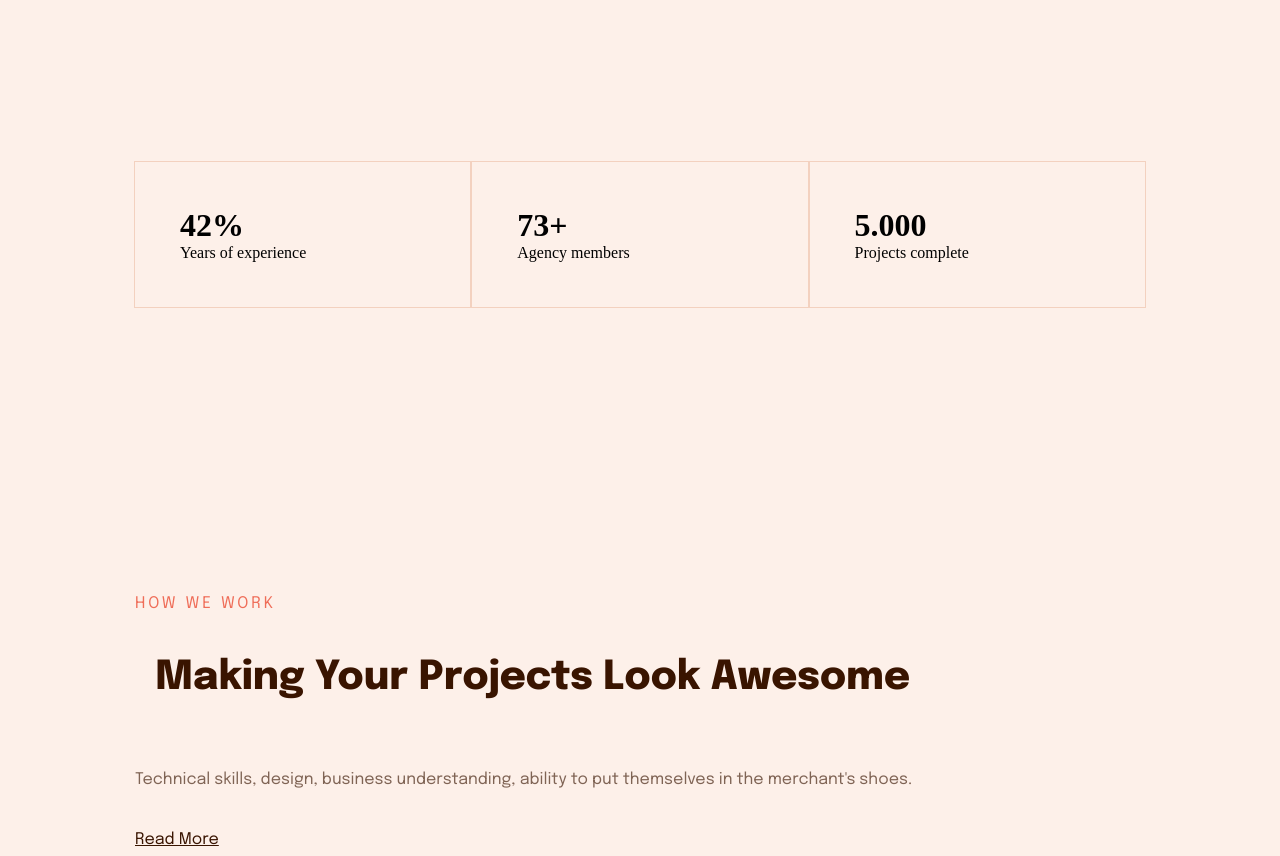
Repository: MehdiKerimov/Figma-task-7
Page: index.html
These files come from the project's save history. The page is drawn as it stood at one moment and after the next save; the edit follows.
The browser window is 1280 px wide. The pictures show the whole page.

Above is the page before, as saved 2023-08-30 12:06:11.

### index.html
<!DOCTYPE html>
<html lang="en">

<head>
    <meta charset="UTF-8">
    <meta name="viewport" content="width=device-width, initial-scale=1.0">
    <title>Document</title>
    <link rel="stylesheet" href="index.css">
</head>

<body>
    <div class="container">
        <div class="container-1">
            <ul>

                    <li>
                        <h1>42%</h1>
                        <p>Years of experience</p>
                    </li>


                    <li>
                        <h1>73+</h1>
                        <P>Agency members</P>
                    </li>


                    <li>
                        <h1>5.000</h1>
                        <p>Projects complete</p>
                    </li>

            </ul>
        </div>
        <div class="container-2">
            <h1>How we work</h1>
            <h2>Making Your Projects Look Awesome</h2>
            <p>Technical skills, design, business understanding, ability to put themselves in the merchant's shoes.</p>
            <a href="">Read More</a>
        </div>
    </div>


</body>

</html>

### index.css
@import url("https://fonts.googleapis.com/css2?family=Epilogue:wght@400;800&display=swap");
* {
  padding: 0;
  margin: 0;
  box-sizing: border-box;
}
.container {
    background: #FDF0E9;
}
.container-1 {
  /* display: flex; */
  padding: 161px 134px 140px 134px;
}

.container-1 .box-1 {
  width: 391px;
  height: 176px;
  border-radius: 6px 0px 0px 6px;
}
.container-1 ul {
 display: flex;
}
.container-1 ul li{
    list-style-type: none;
    width: 33.33%;
    border: 1px solid #f3d1bf;
    padding: 45px ;
}

.container-1 .box-1 li h1 {
  padding: 45px 0px 13px 48px;
  color: var(--text-dark, #391400);
  font-feature-settings: "clig" off, "liga" off;
  font-family: Epilogue;
  font-size: 40px;
  font-style: normal;
  font-weight: 800;
  line-height: 48px;
}
.container-1 .box-1 li p {
  margin-left: 48px;
  color: var(--text-dark, #391400);
  font-feature-settings: "clig" off, "liga" off;
  font-family: Epilogue;
  font-size: 20px;
  font-style: normal;
  font-weight: 400;
  line-height: 32px;
}
.container-1 .box-2 {
  width: 391px;
  height: 176px;
  border-radius: 6px 0px 0px 6px;
  border: 1px solid #f3d1bf;
}
.container-1 .box-2 li h1 {
  padding: 45px 0px 13px 48px;
  color: var(--text-dark, #391400);
  font-feature-settings: "clig" off, "liga" off;
  font-family: Epilogue;
  font-size: 40px;
  font-style: normal;
  font-weight: 800;
  line-height: 48px;
}
.container-1 .box-2 li p {
  margin-left: 48px;
  color: var(--text-dark, #391400);
  font-feature-settings: "clig" off, "liga" off;
  font-family: Epilogue;
  font-size: 20px;
  font-style: normal;
  font-weight: 400;
  line-height: 32px;
}
.container-1 .box-3 {
  width: 391px;
  height: 176px;
  border-radius: 6px 0px 0px 6px;
  border: 1px solid #f3d1bf;
}
.container-1 .box-3 li h1 {
  padding: 45px 0px 13px 48px;
  color: var(--text-dark, #391400);
  font-feature-settings: "clig" off, "liga" off;
  font-family: Epilogue;
  font-size: 40px;
  font-style: normal;
  font-weight: 800;
  line-height: 48px;
}
.container-1 .box-3 li p {
  margin-left: 48px;
  color: var(--text-dark, #391400);
  font-feature-settings: "clig" off, "liga" off;
  font-family: Epilogue;
  font-size: 20px;
  font-style: normal;
  font-weight: 400;
  line-height: 32px;
}

.container-2 h1 {
  padding: 140px 0px 17px 135px;
  color: var(--text-dark-accent, #ef6d58);
  font-feature-settings: "clig" off, "liga" off;
  font-family: Epilogue;
  font-size: 16px;
  font-style: normal;
  font-weight: 400;
  line-height: 32px;
  letter-spacing: 3px;
  text-transform: uppercase;
}
.container-2 h2 {
  padding: 17px 152px 31px 155px;
  color: var(--text-dark, #391400);
  font-feature-settings: "clig" off, "liga" off;
  font-family: Epilogue;
  font-size: 40px;
  font-style: normal;
  font-weight: 800;
  line-height: 48px;
}
.container-2 p {
  padding: 31px 130px 28px 135px;
  color: var(--text-dark-gray, rgba(57, 20, 0, 0.64));
  font-feature-settings: "clig" off, "liga" off;
  font-family: Epilogue;
  font-size: 16px;
  font-style: normal;
  font-weight: 400;
  line-height: 32px;
}
.container-2 a {
  padding: 28px 0px 0px 135px;
  color: var(--text-dark, #391400);
  font-feature-settings: "clig" off, "liga" off;
  font-family: Epilogue;
  font-size: 16px;
  font-style: normal;
  font-weight: 400;
  line-height: 32px;
}

After the next save:
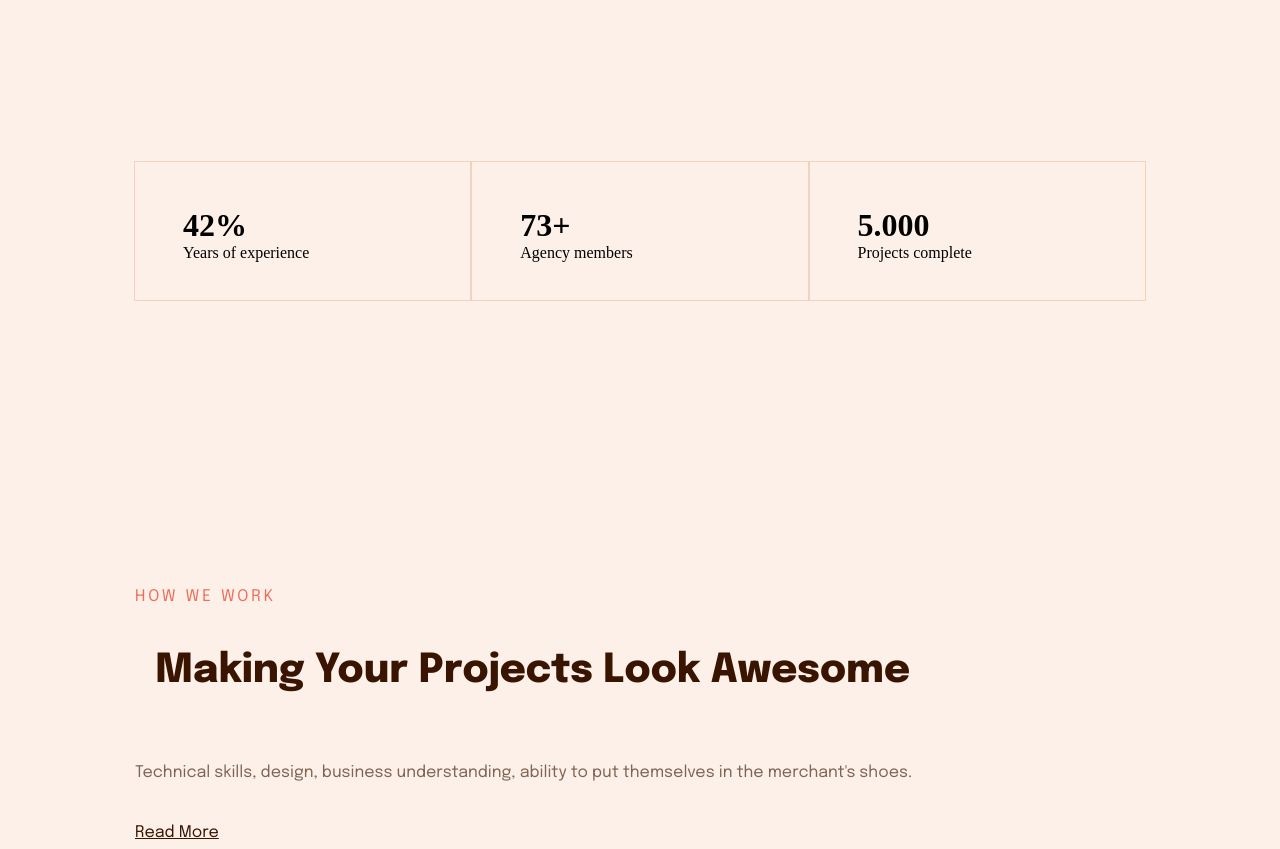
Saved 18 s later.
--- a/index.css
+++ b/index.css
@@ -24,7 +24,7 @@
     list-style-type: none;
     width: 33.33%;
     border: 1px solid #f3d1bf;
-    padding: 45px ;
+    padding: 45px 0 38px 48px;
 }
 
 .container-1 .box-1 li h1 {
